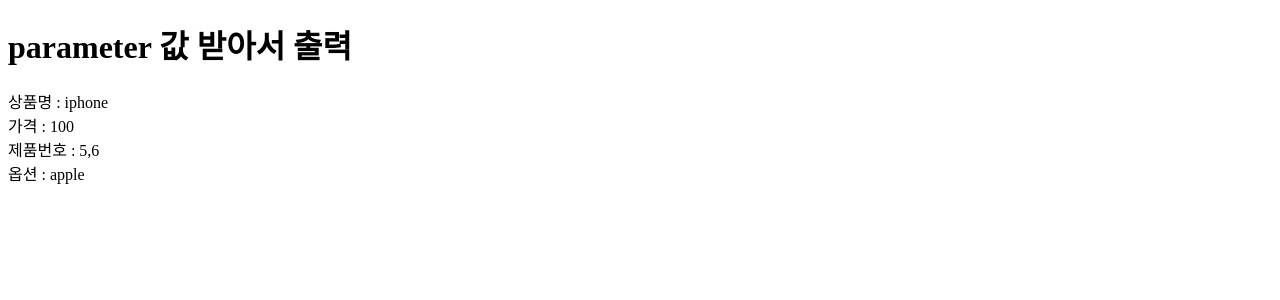
Repository: Joehyunhee/06_jsp
Page: http://localhost/chap02-el-jstl/views/el/test3.jsp?name=iphone&price=100&no=5&no=6&option=apple
The author's editor kept a copy of each file at every save. The page is drawn from the files as they stood at one save, then again after the next save.
The browser window is 1280 px wide. The pictures show the whole page.
The page is served by Tomcat 10. Other server files are loaded and not shown.

Above is the page before, as saved 2024-06-10 05:51:07.

### chap02-el-jstl/src/main/webapp/views/el/test3.jsp
<%@ page language="java" contentType="text/html; charset=UTF-8"
	pageEncoding="UTF-8"%>
<!DOCTYPE html>
<html>
<head>
<meta charset="UTF-8">
<title>Insert title here</title>
</head>
<body>
	<h1>parameter 값 받아서 출력</h1>

	<%
	String name = request.getParameter("name");
	int price = Integer.parseInt(request.getParameter("price"));
	String[] no = request.getParameterValues("no");
	String option = request.getParameter("option");
	%>

	상품명 : <%= name %> <br>
	가격 : <%= price %> <br>
	제품번호 : <%= no[0] %>,<%= no[1] %> <br>
	옵션 : <%= option %> <br>
</body>
</html>

After the next save:
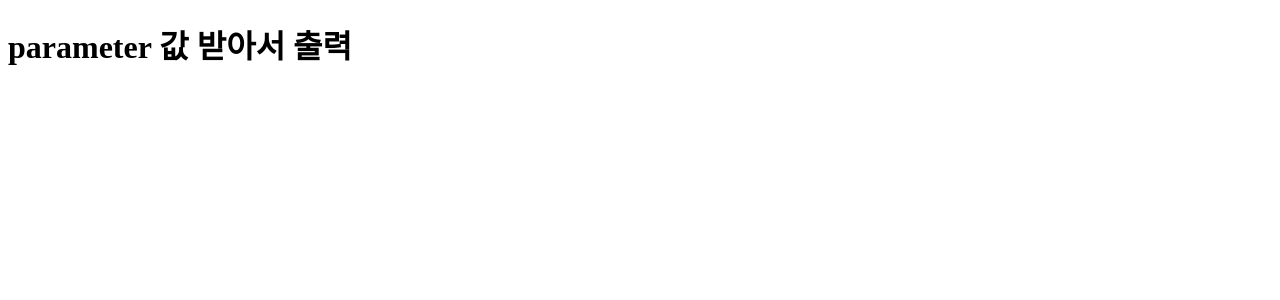
Saved 76 s later.
--- a/chap02-el-jstl/src/main/webapp/views/el/test3.jsp
+++ b/chap02-el-jstl/src/main/webapp/views/el/test3.jsp
@@ -16,9 +16,9 @@
 	String option = request.getParameter("option");
 	%>
 
-	상품명 : <%= name %> <br>
+<%-- 	상품명 : <%= name %> <br>
 	가격 : <%= price %> <br>
 	제품번호 : <%= no[0] %>,<%= no[1] %> <br>
-	옵션 : <%= option %> <br>
+	옵션 : <%= option %> <br> --%>
 </body>
 </html>
